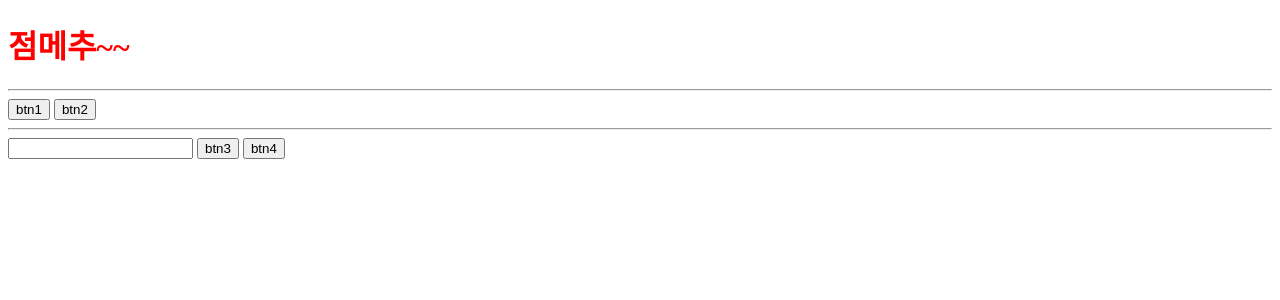
Repository: AgentHyun/FishDalle3
Page: Feb13_1_jQuery/WebContent/2_CSS.html
These files come from the project's save history. The page is drawn as it stood at one moment and after the next save; the edit follows.
The browser window is 1280 px wide. The pictures show the whole page.

Above is the page before, as saved 2025-02-13 03:11:54.

### Feb13_1_jQuery/WebContent/2_CSS.html
<!DOCTYPE html>
<html>
<head>
<meta charset="UTF-8">
<title>Insert title here</title>
<style type "text/css>
h1 {

color : red;
transition : all 0.5s ease-out;

}

</style>
<script type ="text/javascript" src ="jQuery.js"></script>
<script type ="text/javascript">
$(function(){

	 $("h3").click(()=>{
			b = !b;
			alert(b);
		 });

});



</script>


</head>
<body>


<h1>점메추~~</h1>
<hr>
<button id = "btn1">btn1</button>
<button id = "btn2">btn2</button>
<hr>
<input id = "i">
<button id = "btn3">btn3</button>
<button id = "btn4">btn4</button>




</body>
</html>

Loaded but not shown: Feb13_1_jQuery/WebContent/jQuery.js (library)

After the next save:
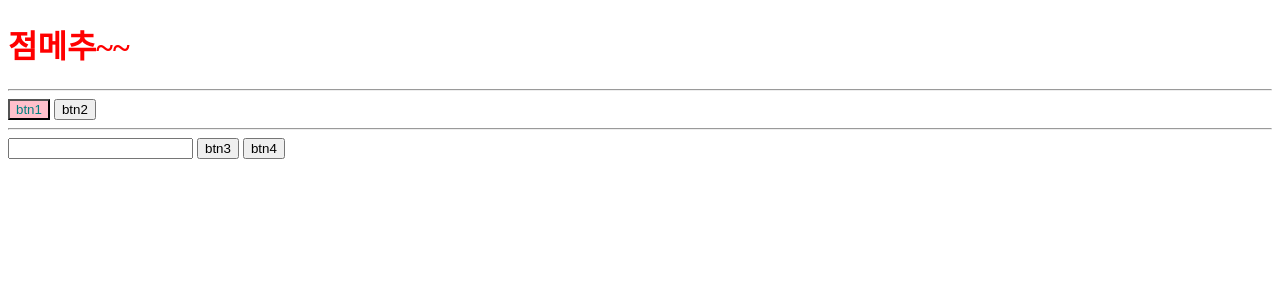
Saved 2 min 22 s later.
--- a/Feb13_1_jQuery/WebContent/2_CSS.html
+++ b/Feb13_1_jQuery/WebContent/2_CSS.html
@@ -15,11 +15,12 @@
 <script type ="text/javascript" src ="jQuery.js"></script>
 <script type ="text/javascript">
 $(function(){
+	// $("선택자").css("속성명", "값");
+	$("#btn1").css("color", "teal");
+	$("#btn1").css("background-color", "pink");
 
-	 $("h3").click(()=>{
-			b = !b;
-			alert(b);
-		 });
+
+
 
 });
 

After the save that followed:
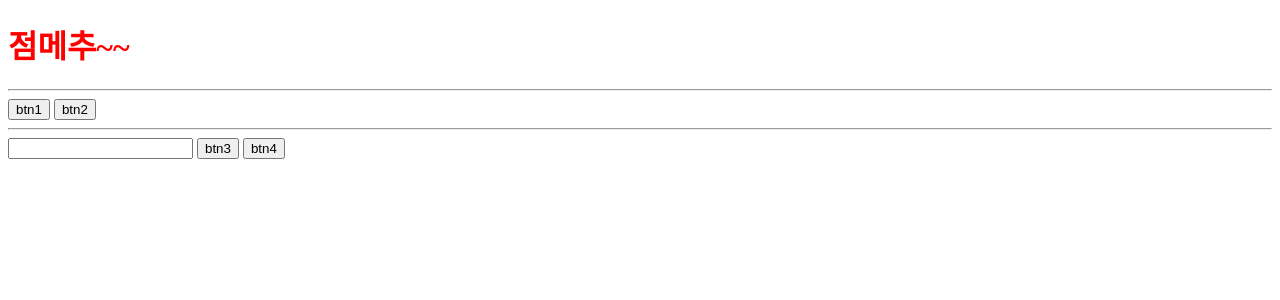
Saved 79 s later.
--- a/Feb13_1_jQuery/WebContent/2_CSS.html
+++ b/Feb13_1_jQuery/WebContent/2_CSS.html
@@ -16,10 +16,20 @@
 <script type ="text/javascript">
 $(function(){
 	// $("선택자").css("속성명", "값");
-	$("#btn1").css("color", "teal");
-	$("#btn1").css("background-color", "pink");
+	$("#btn1").click(()=>{
+
+		$("#btn1").css("color", "teal");
+		$("#btn1").css("background-color", "pink");
 
 
+
+	 });
+
+	//btn2를 누르면 현재 h1의 글자색을 alert 창에 출력
+
+	//btn3을 누르면 input에 입력한 값대로 h1의 글자크기가 바뀌도록
+
+	//
 
 
 });
